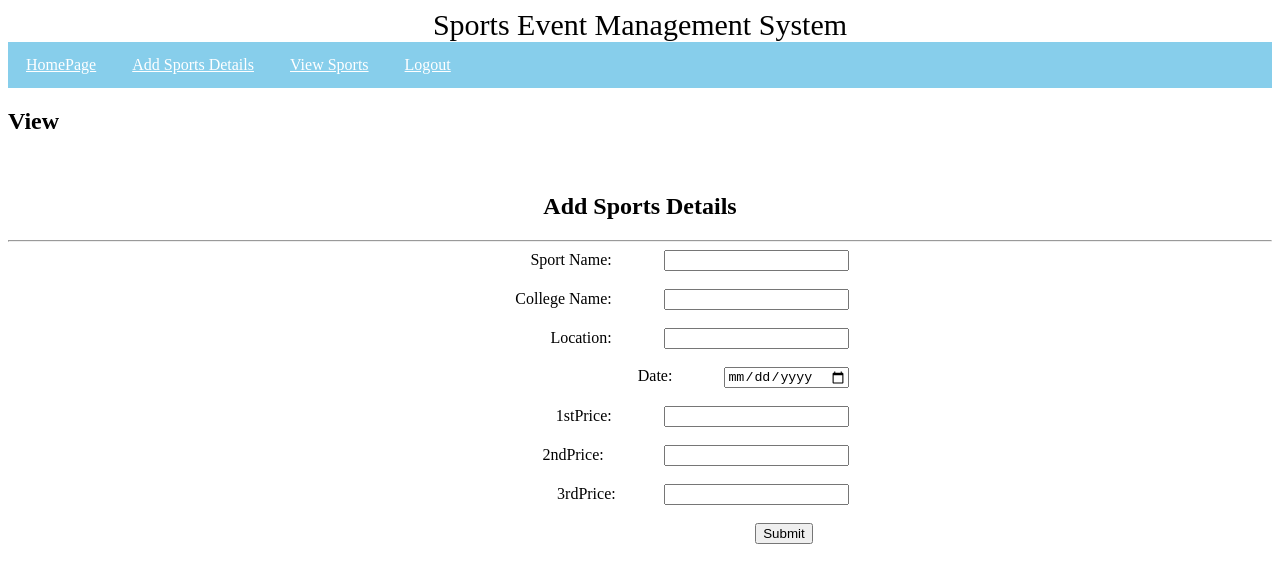
Repository: svrm1014/sportseventmanagement
Page: http://localhost/sportsmanagement/WEB-INF/views/addsportsdetails.jsp
These files come from the project's save history. The page is drawn as it stood at one moment and after the next save; the edit follows.
The browser window is 1280 px wide. The pictures show the whole page.
The page is served by Tomcat 9. Nobody is signed in. Other server files are loaded and not shown. The template is opened directly, without the code that normally fills it, so the values that code supplies are empty.

Above is the page before, as saved 2021-05-08 04:57:45.

### sportsmanagement/src/main/webapp/WEB-INF/views/addsportsdetails.jsp
<%@ page language="java" contentType="text/html; charset=ISO-8859-1"
	pageEncoding="ISO-8859-1"%>
<%@ taglib prefix="form" uri="http://www.springframework.org/tags/form"%>
<!DOCTYPE html PUBLIC "-//W3C//DTD HTML 4.01 Transitional//EN" "http://www.w3.org/TR/html4/loose.dtd">
<html>
<head>
<style type="text/css">
.title {
	text-align: center;
	font-size: 30px;
}

ul {
	list-style-type: none;
	margin: 0px;
	padding: 0px;
	background-color: skyblue;
	overflow: hidden;
}

li {
	float: left;
}

li a {
	display: block;
	padding: 14px 18px;
	color: white;
}

form {
	display: inline-block;
	text-align: right;
}
</style>

<meta http-equiv="Content-Type" content="text/html; charset=ISO-8859-1">
<title>Sports Event Management System</title>
</head>
<body>
	<div class="title">Sports Event Management System</div>
	<div class="menu">
		<ul>
			<li><a href="/homepage">HomePage</a></li>
			<li><a href="/addsportsdetails">Add Sports Details</a></li>
			<li><a href="/viewsports">View Sports</a></li>
			<li><a href="/admin">Logout</a></li>

		</ul>
	</div>
	<div align="left">
		<h2>View</h2>
	</div>
	<div align="center">

		<h2>Add Sports Details</h2>
		<hr>

		<form:form action="sportsdetails" method="post"
			modelAttribute="sportsdetailsKey">

            <form:label path="sportname">Sport Name:</form:label>
            <form:input path="sportname" />
			<br />
             <br />
            <form:label path="collegename">College Name:</form:label>
            <form:input path="collegename" />
			<br />
             <br />
            <form:label path="location">Location:</form:label>
            <form:input path="location" />
			<br />
 			<br />
            <form:label path="date" placeholder="MM/dd/yyyy" >Date:</form:label>
            <form:input type ="date" path="date" class="date" name="date" pattern="MM/dd/yyyy" />
			<br />
             <br />
           <form:label path="firstprice">1stPrice:</form:label>
            <form:input path="firstprice" />
			<br />
             <br />
            <form:label path="secondprice">2ndPrice:</form:label>
              <form:input path="secondprice" />
			<br />
 			 <br />
            <form:label path="thirdprice">3rdPrice:</form:label>
           <form:input path="thirdprice" />
			<br />
             <br />
            <form:button>Submit</form:button>
        </form:form>
	</div>

</body>
</html>

After the next save:
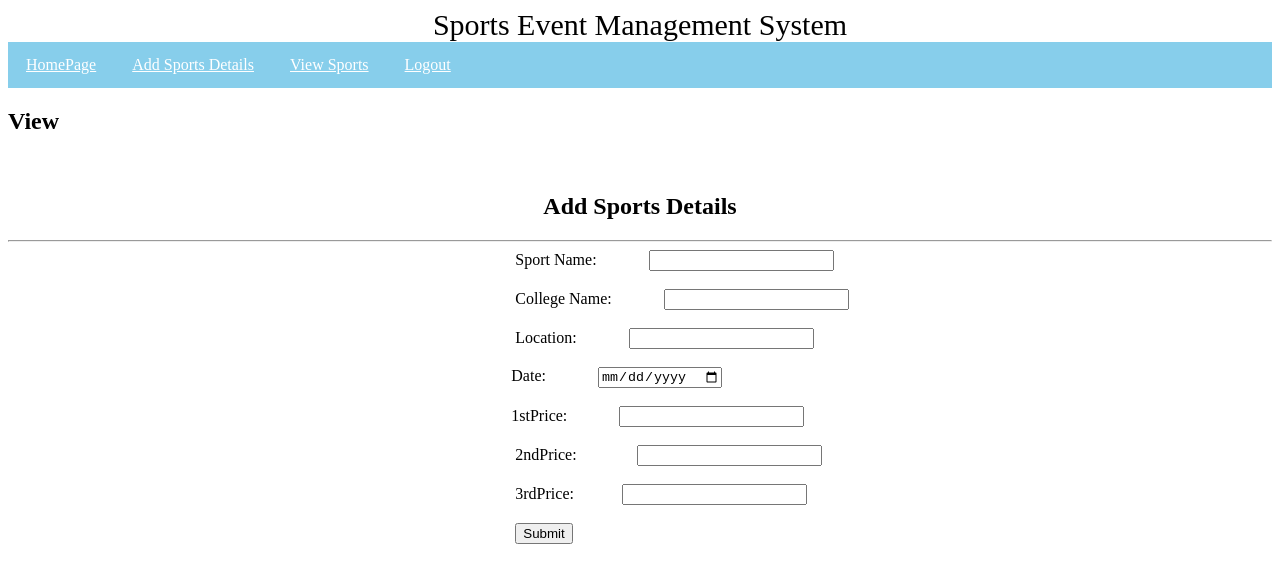
Saved 8 h 21 min later.
--- a/sportsmanagement/src/main/webapp/WEB-INF/views/addsportsdetails.jsp
+++ b/sportsmanagement/src/main/webapp/WEB-INF/views/addsportsdetails.jsp
@@ -30,7 +30,7 @@
 
 form {
 	display: inline-block;
-	text-align: right;
+	text-align: left;
 }
 </style>
 

After the save that followed:
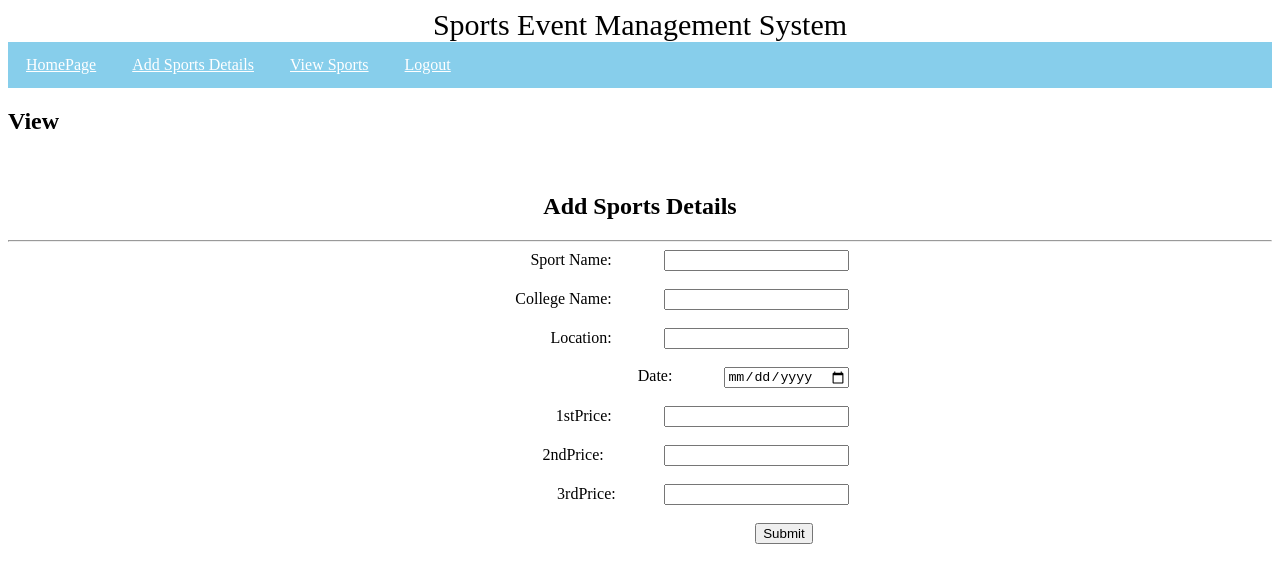
Saved 6 min 41 s later.
--- a/sportsmanagement/src/main/webapp/WEB-INF/views/addsportsdetails.jsp
+++ b/sportsmanagement/src/main/webapp/WEB-INF/views/addsportsdetails.jsp
@@ -30,7 +30,7 @@
 
 form {
 	display: inline-block;
-	text-align: left;
+	text-align: right;
 }
 </style>
 
